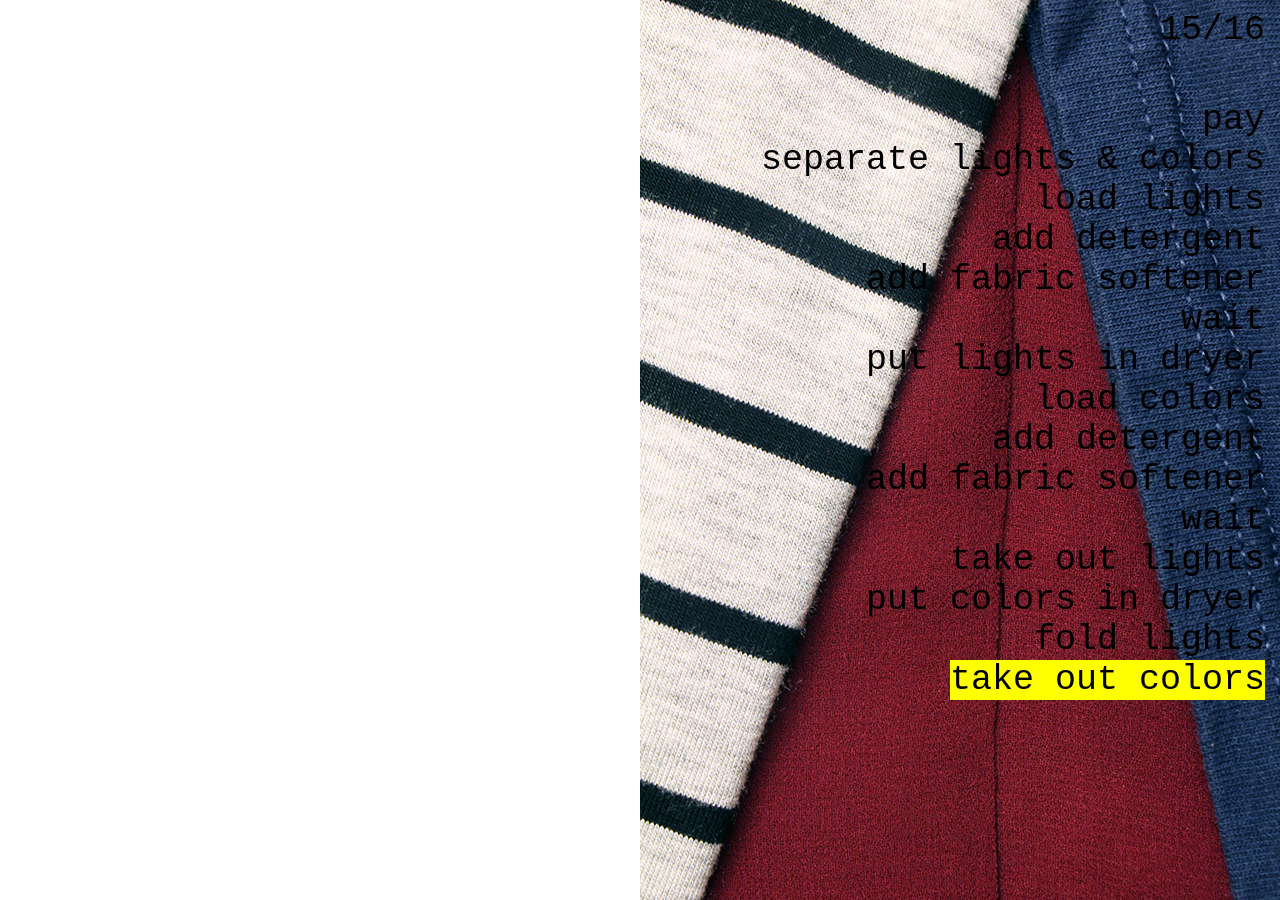
Repository: ortik455/ortik455.github.io
Page: studio/laundrysite/fifteen.html
The author's editor kept a record of every edit. The page is drawn from the files as they stood at one moment, then again after the next edit.
The browser window is 1280 px wide. The pictures show the whole page.

Above is the page before.

After the next edit:
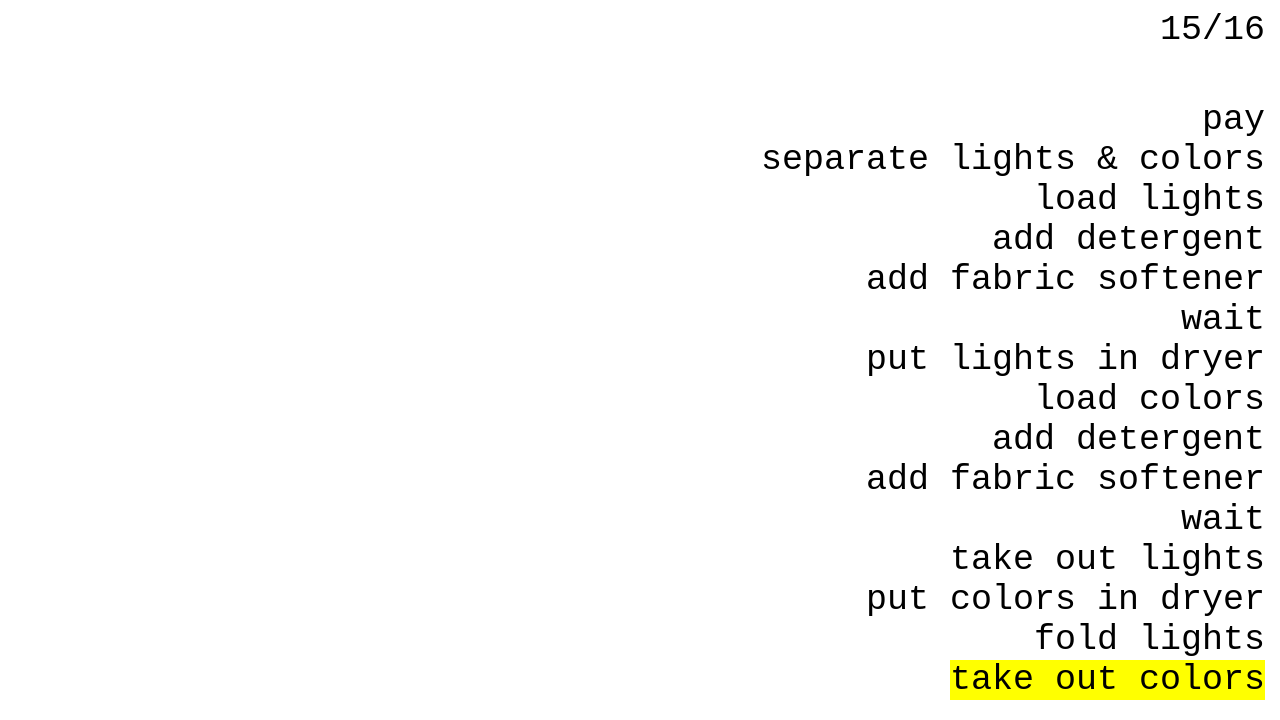
The edit:
--- a/studio/laundrysite/fifteen.html
+++ b/studio/laundrysite/fifteen.html
@@ -47,8 +47,5 @@
 		</div>
 	  </div>
 
-	  <div class="photos">
-	  	<a href="sixteen.html"><img src="photos/unloadcolor2.png"  alt=""></a>
-	  </div>
 	</body>
 </html>
